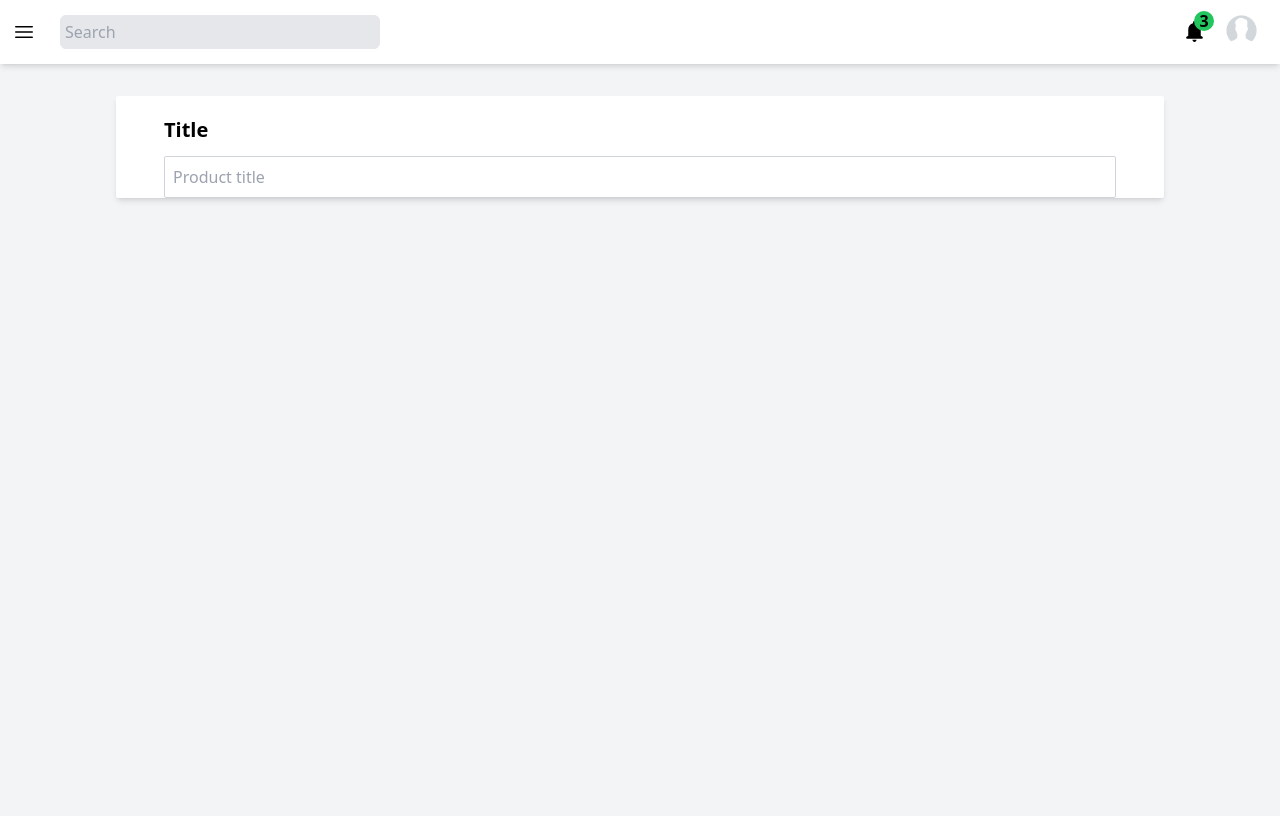
Repository: IssaMuiz/ifarmstock-admin
Page: /new-product
These files come from the project's save history. The page is drawn as it stood at one moment and after the next save; the edit follows.
The browser window is 1280 px wide. The pictures show the whole page.
The page's requests for data from a server got no answer. The project was rebuilt for these pictures with package versions that can differ from the ones it lists, and the page was loaded fresh each time. The framework's server and built-in components were replaced by stand-ins that run in the browser. No one was signed in, and anything a server would have sent is missing. Also part of the build but not shown: next.config.mjs.

Above is the page before, as saved 2024-10-12 16:00:14.

After the next save:
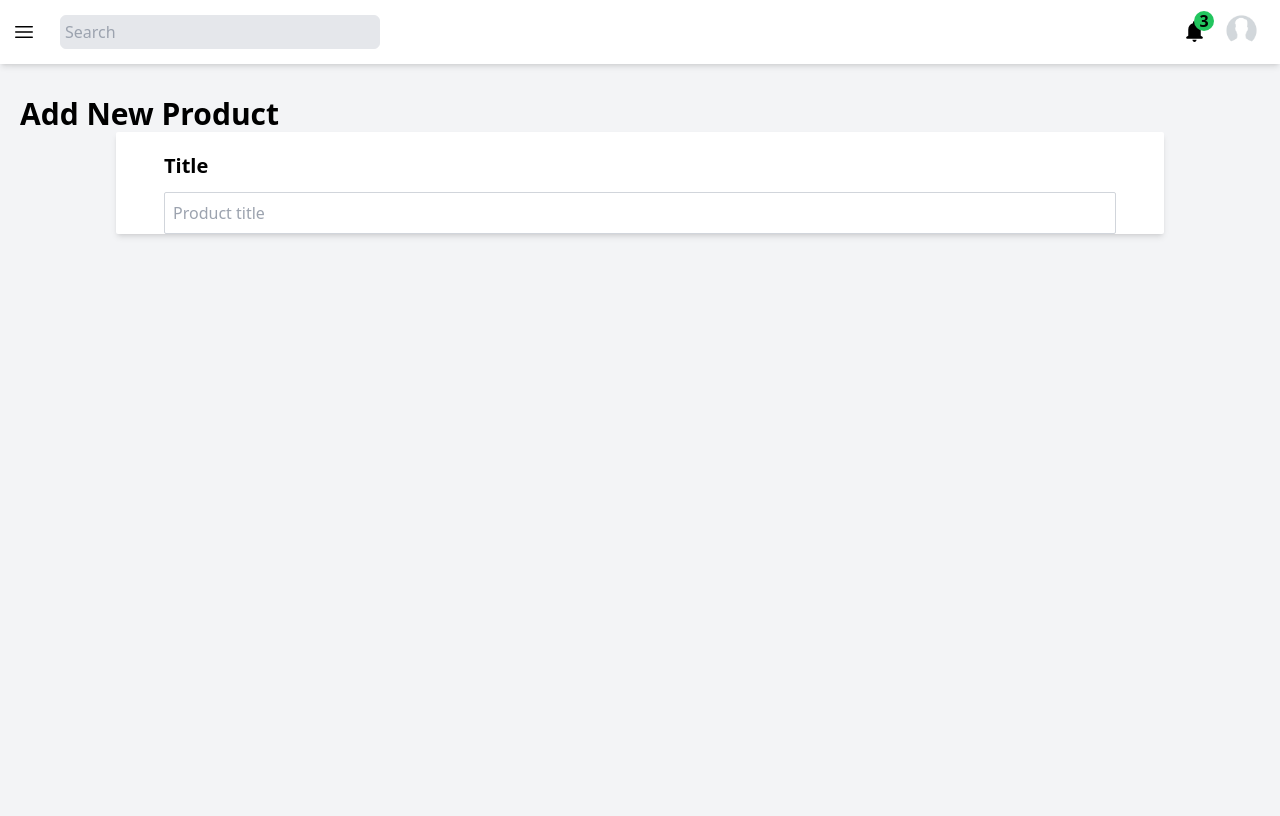
Saved 98 s later.
--- a/app/new-product/page.tsx
+++ b/app/new-product/page.tsx
@@ -3,6 +3,9 @@ import React from "react";
 const NewProduct = () => {
   return (
     <section className="mt-24 min-h-screen">
+      <div>
+        <h1 className="text-3xl font-semibold">Add New Product</h1>
+      </div>
       <div className="bg-white mx-12 md:mx-24 rounded-sm shadow-md">
         <div className="px-12">
           <h2 className="text-xl font-semibold mb-3 pt-5">Title</h2>
